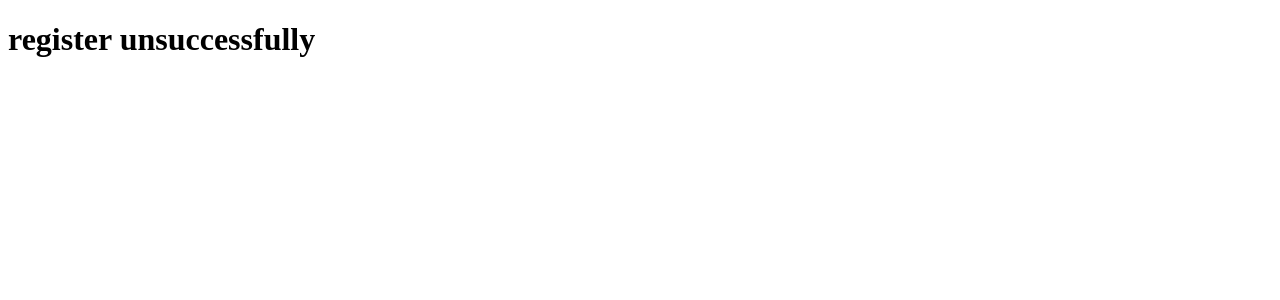
Repository: SamNickGammer/GroceryInsider
Page: http://localhost/Grocery/pages/Login Page/validate.jsp
The author's editor kept a copy of each file at every save. The page is drawn from the files as they stood at one save, then again after the next save.
The browser window is 1280 px wide. The pictures show the whole page.
The page is served by Tomcat 9.

Above is the page before, as saved 2022-05-24 10:51:55.

### Grocery/src/main/webapp/pages/Login Page/validate.jsp
    <%@ page language="java" contentType="text/html; charset=UTF-8"
    pageEncoding="ISO-8859-1"%>
    <%@ page import="java.sql.*, java.io.*" %>
<jsp:useBean id="obj" class="groceryDatabase.DB"></jsp:useBean>
<%! Connection conn=null;%>

<!DOCTYPE html>
<html>
<head>
<meta charset="ISO-8859-1">
<title></title>
</head>
<body>
	<%
		String loginStatus = null;
		String name = null;
		String phoneNumber =null;
		String password = null;
		boolean registerStatus = false;
	try{
		name = request.getParameter("nameFull");
		phoneNumber = request.getParameter("phoneNumber");
		password = request.getParameter("password");
		if (name == ""){
			loginStatus = obj.login(phoneNumber, password);
		}else{
			String[] nameParts = name.split(" ");
			String first_name = "";
			for(String a: nameParts){
				first_name += a + " ";
			}
			registerStatus = obj.register(phoneNumber, password, first_name.trim(), nameParts[nameParts.length]);
		}

	}catch(Exception e){out.println("<h1>register unsuccessfully");} %>
</body>
<script>
	const loginStatus = "<%=loginStatus%>";
	const name = "<%=name%>";
	const phoneNumber = <%=phoneNumber%>;
	const password = "<%=password%>";
	if(name == ""){
		if(loginStatus == "Login Success"){
			console.log("sucess");
			localStorage.setItem(
				    'userDetails',
				    JSON.stringify({
				      phone: phoneNumber,
				      password: password,
				    })
				  );
		}else if(loginStatus == "Wrong Password"){
			console.log("Wrong Pass");

		}else if(loginStatus == "Account not found"){
			console.log("NotFound");

		}else{
			console.log("Another Error");
		}
	}else{
		const registerStatus = "<%=registerStatus%>";
		console.log(registerStatus)
		console.log()
	}
</script>
</html>

### Grocery/src/main/java/groceryDatabase/DB.java
package groceryDatabase;

import java.sql.*;
import java.io.*;
import java.util.*;

public class DB {
	static Connection conn = null;
	public DB() {
		if (conn == null) {
			try {
				Class.forName("oracle.jdbc.driver.OracleDriver");
				conn=DriverManager.getConnection("jdbc:oracle:thin:@localhost:1521:xe","system","57489");
	 			System.out.println("connected");
			} catch (Exception e){
				System.out.println("Error occured: " + e.getMessage());
			}
		}
	}

	public String login(String phoneNo, String pass) {
		try {
			Statement st = conn.createStatement();
			String query = "select password from allusers where phoneNo='%s'";
			ResultSet rs = st.executeQuery(query.formatted(phoneNo, pass));
			rs.next();
			try {
				String passRecieved = rs.getString(1);
				if(passRecieved.equals(pass)) {
					return "Login Success";
				} else {
					return "Wrong Password";
				}
			} catch (SQLException e) {
				return "Account not found";
			}
		} catch (Exception e) {
			return "Error occured: " + e.getMessage();
		}
	}

	public boolean register(String phoneNo, String pass, String firstName, String lastName) {
		try {
			Statement st = conn.createStatement();
			String query = "insert into allusers(phoneNo, password, firstName, lastName) values('%s','%s','%s','%s')";
			st.executeUpdate(query.formatted(phoneNo, pass, firstName, lastName));
			return true;
		} catch (Exception e) {
			System.out.println("Error occured: " + e.getMessage());
			return false;
		}
	}

	public String getProducts(String Category, String Subcategory, String search, String productID) {
		try {
			Statement st = conn.createStatement();
			List<Map<String, String>> list = new ArrayList<Map<String, String>>();
			String query;
			ResultSet rs;
			if (productID != null) {
				query = "select productID,productName,productPrice,productRating,productDiscount,productExp,productWeight,productSeller,productBrand,manufacturedAddress,productCategory,productSubcategory from allproducts where productid = '%s'";
				rs = st.executeQuery(query.formatted(productID));
			}
			else if (search != null){
				query = "select productID,productName,productPrice,productRating,productDiscount,productExp,productWeight,productSeller,productBrand,manufacturedAddress,productCategory,productSubcategory from allproducts where lower(productname) like lower('%" + search + "%')";
				rs = st.executeQuery(query);
			}
			else if(Subcategory.equals("All")) {
				query = "select productID,productName,productPrice,productRating,productDiscount,productExp,productWeight,productSeller,productBrand,manufacturedAddress,productCategory,productSubcategory from allproducts where productcategory = '%s'";
				rs = st.executeQuery(query.formatted(Category));
			} else{
				query = "select productID,productName,productPrice,productRating,productDiscount,productExp,productWeight,productSeller,productBrand,manufacturedAddress,productCategory,productSubcategory from allproducts where productsubcategory = '%s'";
				rs = st.executeQuery(query.formatted(Subcategory));
			}
			while(rs.next()) {
				Map<String, String> map = new HashMap<String, String>();
				map.put("\"productID\"", '"' + rs.getString(1) + '"');
				map.put("\"productName\"", '"' + rs.getString(2) + '"');
				map.put("\"productPrice\"", '"' + rs.getString(3) + '"');
				map.put("\"productRating\"", '"' + rs.getString(4) + '"');
				map.put("\"productDiscount\"", '"' + rs.getString(5) + '"');
				map.put("\"productExp\"", '"' + rs.getString(6) + '"');
				map.put("\"productWeight\"", '"' + rs.getString(7) + '"');
				map.put("\"productSeller\"", '"' + rs.getString(8) + '"');
				map.put("\"productBrand\"", '"' + rs.getString(9) + '"');
				map.put("\"manufacturedAddress\"", '"' +  rs.getString(10) + '"');
				map.put("\"productCategory\"", '"' + rs.getString(11) + '"');
				map.put("\"productSubcategory\"", '"' + rs.getString(12) + '"');
				list.add(map);
			}
			String json =list.toString().replaceAll("=", ":");
			return json;


		} catch (Exception e) {
			System.out.println("Error occured: " + e.getMessage());
			return null;
		}
	}

	public void cartAdd(String phoneNo, String productID, String quantity) {
		try {
			Statement st = conn.createStatement();
			String query = "insert into cart values ('%s', '%s', '%s')";
			st.executeUpdate(query.formatted(phoneNo, productID, quantity));
		} catch (Exception e) {
			System.out.println(e.toString());
		}
	}

	public void cartRemove(String phoneNo, String productID) {
		try {
			Statement st = conn.createStatement();
			String query = "delete from cart where phoneno='%s' and productid='%s'";
			st.executeUpdate(query.formatted(phoneNo, productID));
		} catch (Exception e) {
			System.out.println(e.toString());
		}
	}

	public String cartGet(String phoneNo) {
		try {
			Statement st = conn.createStatement();
			String query = "select productid, quantity from cart where phoneno='%s'";
			ResultSet rs = st.executeQuery(query.formatted(phoneNo));
			List<Map<String, String>> list = new ArrayList<Map<String, String>>();
			while (rs.next()) {
				Map<String, String> map = new HashMap<String, String>();
				map.put("\"productID\"", '"' + rs.getString(1) + '"');
				map.put("\"quantity\"", '"' + rs.getString(2) + '"');
				list.add(map);
			}
			String json =list.toString().replaceAll("=", ":");
			return json;
		} catch (Exception e) {
			System.out.println(e.toString());
			return null;
		}
	}

	public void orderAdd(String phoneNo, String productID, String quantity, String date) {
		try {
			Statement st = conn.createStatement();
			String query = "insert into orders values ('%s', '%s', '%s', '%s')";
			st.executeUpdate(query.formatted(phoneNo, productID, quantity, date));
		} catch (Exception e) {
			System.out.println(e.toString());
		}
	}

	public void orderRemove(String phoneNo, String productID) {
		try {
			Statement st = conn.createStatement();
			String query = "delete from orders where phoneno='%s' and productid='%s'";
			st.executeUpdate(query.formatted(phoneNo, productID));
		} catch (Exception e) {
			System.out.println(e.toString());
		}
	}

	public String ordersGet(String phoneNo) {
		try {
			Statement st = conn.createStatement();
			String query = "select productid, quantity, dop from orders where phoneno='%s'";
			ResultSet rs = st.executeQuery(query.formatted(phoneNo));
			List<Map<String, String>> list = new ArrayList<Map<String, String>>();
			while (rs.next()) {
				Map<String, String> map = new HashMap<String, String>();
				map.put("\"productID\"", '"' + rs.getString(1) + '"');
				map.put("\"quantity\"", '"' + rs.getString(2) + '"');
				map.put("\"date\"", '"' + rs.getString(3) + '"');
				list.add(map);
			}
			String json =list.toString().replaceAll("=", ":");
			return json;
		} catch (Exception e) {
			System.out.println(e.toString());
			return null;
		}
	}

	public String getUserDetails(String phoneNo) {
		try {
			Statement st = conn.createStatement();
			String query = "select * from allusers where phoneno='%s'";
			ResultSet rs = st.executeQuery(query.formatted(phoneNo));
			List<Map<String, String>> list = new ArrayList<Map<String, String>>();
			while (rs.next()) {
				Map<String, String> map = new HashMap<String, String>();
				map.put("\"phoneNo\"", '"' + rs.getString(1) + '"');
				map.put("\"password\"", '"' + rs.getString(2) + '"');
				map.put("\"firstName\"", '"' + rs.getString(3) + '"');
				map.put("\"lastName\"", '"' + rs.getString(4) + '"');
				map.put("\"email\"", '"' + rs.getString(5) + '"');
				map.put("\"gender\"", '"' + rs.getString(6) + '"');
				map.put("\"address\"", '"' + rs.getString(7) + '"');
				list.add(map);
			}
			String json =list.toString().replaceAll("=", ":");
			return json;
		} catch (Exception e) {
			System.out.println(e.toString());
			return null;
		}
	}

	public void setUserDetails(String phoneNo, String newPhoneNo, String firstName, String lastName, String email, String gender, String address) {
		try {
			Statement st = conn.createStatement();
			String query;
			if (newPhoneNo != null) {
				query = "update all users set phoneno = '%s' where phoneNo='%s'";
				st.executeUpdate(query.formatted(newPhoneNo, phoneNo));
			}
			if (firstName != null) {
				query = "update all users set firstname = '%s' where phoneNo='%s'";
				st.executeUpdate(query.formatted(firstName, phoneNo));
			}
			if (lastName != null) {
				query = "update all users set lastname = '%s' where phoneNo='%s'";
				st.executeUpdate(query.formatted(lastName, phoneNo));
			}
			if (email != null) {
				query = "update all users set email = '%s' where phoneNo='%s'";
				st.executeUpdate(query.formatted(email, phoneNo));
			}
			if (gender != null) {
				query = "update all users set gender = '%s' where phoneNo='%s'";
				st.executeUpdate(query.formatted(gender, phoneNo));
			}
			if (address != null) {
				query = "update all users set address = '%s' where phoneNo='%s'";
				st.executeUpdate(query.formatted(address, phoneNo));
			}
		} catch (Exception e) {
			System.out.println(e.toString());
		}
	}
	//This is for profile image
	public void setUserImage(String phoneNo, String base64img) {
		try {
			byte[] decodedString = Base64.getDecoder().decode(base64img.getBytes("UTF-8"));
			FileOutputStream file = new FileOutputStream("E:\\Programming_Into\\Eclips\\GrocerySystem\\Grocery\\src\\main\\webapp\\img\\" + phoneNo + ".png");
			file.write(decodedString);
			file.close();
		} catch (Exception e) {
			System.out.println(e.toString());
		}
	}
}

After the next save:
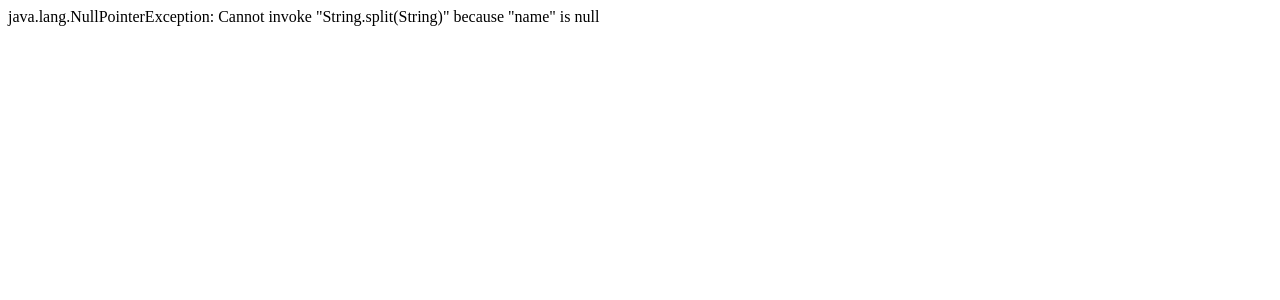
Saved 13 min 46 s later.
--- a/Grocery/src/main/webapp/pages/Login Page/validate.jsp
+++ b/Grocery/src/main/webapp/pages/Login Page/validate.jsp
@@ -29,10 +29,11 @@
 			for(String a: nameParts){
 				first_name += a + " ";
 			}
+
 			registerStatus = obj.register(phoneNumber, password, first_name.trim(), nameParts[nameParts.length]);
 		}
 
-	}catch(Exception e){out.println("<h1>register unsuccessfully");} %>
+	}catch(Exception e){out.println(e.toString());} %>
 </body>
 <script>
 	const loginStatus = "<%=loginStatus%>";
